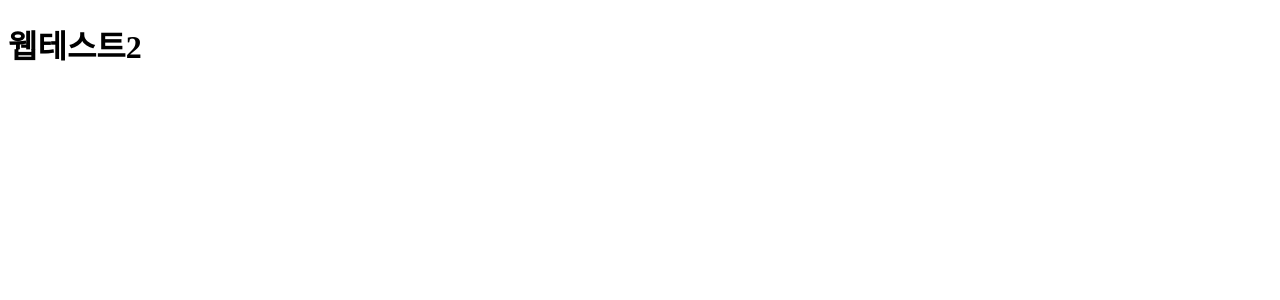
Repository: cordingdodo/javaworks2
Page: http://localhost/test02/index222.jsp
An editor plug-in stored every save of this project. The page is shown before and after a run of saves, followed by the edit.
The browser window is 1280 px wide. The pictures show the whole page.
The page is served by Tomcat 9.

Above is the page before, as saved 2022-08-30 07:23:14.

### test02/WebContent/index222.jsp
<%@ page language="java" contentType="text/html; charset=UTF-8"
    pageEncoding="UTF-8"%>
    <%@ page import="java.sql.*" %>
<!DOCTYPE html>
<html>
<head>
<meta charset="UTF-8">
<title>웹테스트2</title>
</head>
<body>
	<h1>웹테스트2</h1>
<%
	String DB_URL = "jdbq:oracle:thin:@localhost:1521:xe";
	String DB_USER ="system";
	String DB_PW= "123";


%>
</body>
</html>

After the next 2 saves:
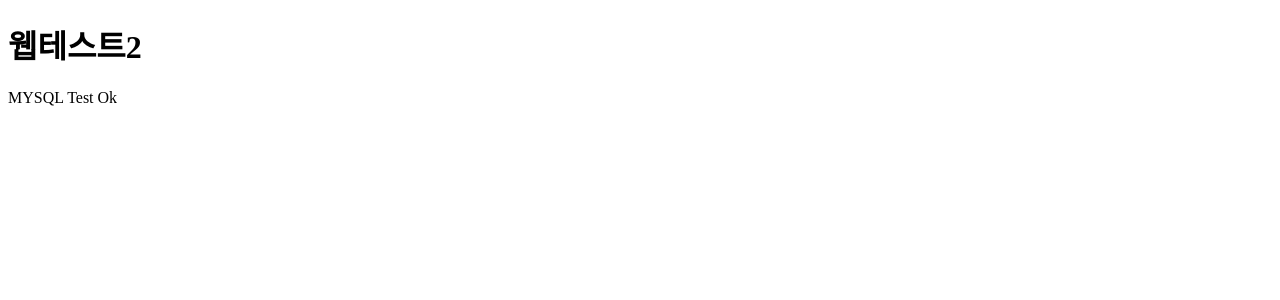
The 2 saves are shown as one change because 1 did not build or start.
The last was saved 88 s later.
--- a/test02/WebContent/index222.jsp
+++ b/test02/WebContent/index222.jsp
@@ -13,8 +13,18 @@
 	String DB_URL = "jdbq:oracle:thin:@localhost:1521:xe";
 	String DB_USER ="system";
 	String DB_PW= "123";
+	Connection conn;
+	Statement stmt;
 
-
+	try {
+		Class.forName("com.mysql.jdbc.Driver");
+		conn = DriverManager.getConnection(DB_URL, DB_USER, DB_PW);
+			stmt = conn.createStatement();
+			conn.close();
+			out.println("MYSQL Test Ok");
+	} catch(Exception e){
+		out.println(e.getMessage());
+	}
 %>
 </body>
 </html>
